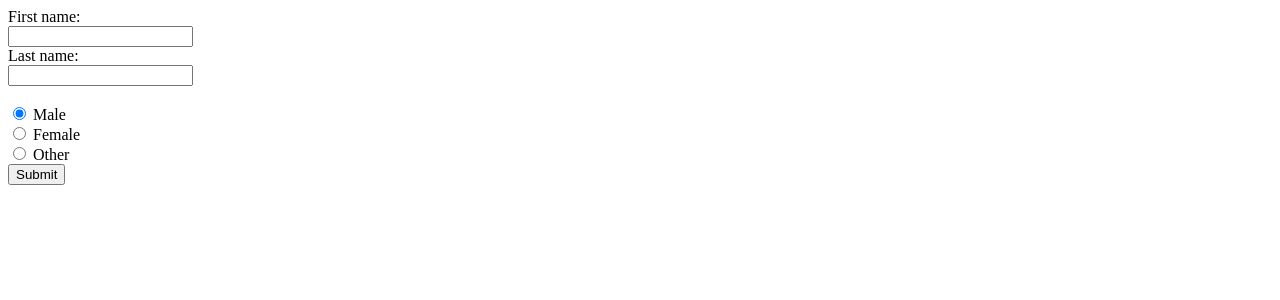
Repository: BaekJiGyeong/JSP
Page: http://localhost/AEA_Lesson0204/list.jsp
An editor plug-in stored every save of this project. The page is shown before and after the next save, followed by the edit.
The browser window is 1280 px wide. The pictures show the whole page.
The page is served by Tomcat 9. Other server files are loaded and not shown.

Above is the page before, as saved 2016-02-04 10:40:49.

### AEA_Lesson0204/WebContent/list.jsp
<%@ page language="java" contentType="text/html; charset=UTF-8"
	pageEncoding="UTF-8"%>
<!DOCTYPE html>
<html>
<head>
<meta http-equiv="Content-Type" content="text/html; charset=UTF-8">
<title>Insert title here</title>
</head>
<body>

	<form method="post" action="/AEA_Lesson0204/result">
		First name:<br> <input type="text" name="firstname"> <br>
		Last name:<br> <input type="text" name="lastname"> <br>
		<br> <input type="radio" name="gender" value="male" checked>
		Male<br> <input type="radio" name="gender" value="female">
		Female<br> <input type="radio" name="gender" value="other">
		Other <br> <input type="submit" value="Submit">

	</form>

</body>
</html>

After the next save:
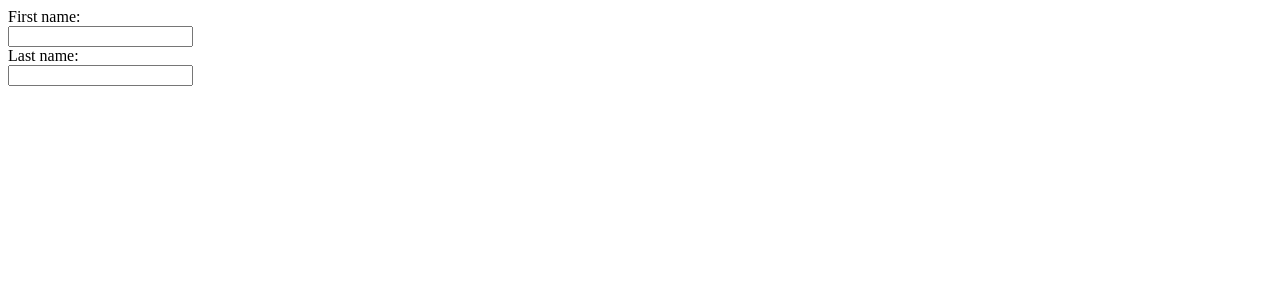
Saved 2 min 25 s later.
--- a/AEA_Lesson0204/WebContent/list.jsp
+++ b/AEA_Lesson0204/WebContent/list.jsp
@@ -11,10 +11,7 @@
 	<form method="post" action="/AEA_Lesson0204/result">
 		First name:<br> <input type="text" name="firstname"> <br>
 		Last name:<br> <input type="text" name="lastname"> <br>
-		<br> <input type="radio" name="gender" value="male" checked>
-		Male<br> <input type="radio" name="gender" value="female">
-		Female<br> <input type="radio" name="gender" value="other">
-		Other <br> <input type="submit" value="Submit">
+
 
 	</form>
 
